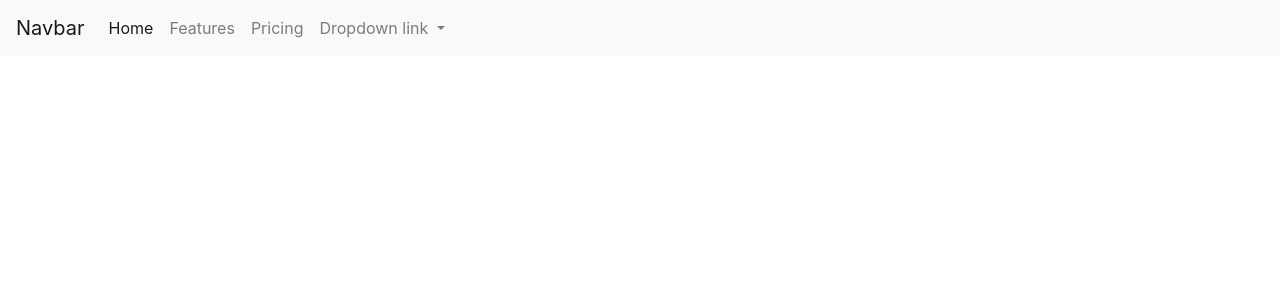
Repository: khss4008/JSP_project
Page: http://localhost/Webshop2/main.jsp
An editor plug-in stored every save of this project. The page is shown before and after the next save, followed by the edit.
The browser window is 1280 px wide. The pictures show the whole page.
The page is served by Tomcat 9. Other server files are loaded and not shown.

Above is the page before, as saved 2021-11-04 00:25:47.
Console error: TypeError: Cannot read properties of undefined (reading 'fn')

### Webshop2/WebContent/main.jsp
<%@ page language="java" contentType="text/html; charset=UTF-8"
    pageEncoding="UTF-8"%>
<!DOCTYPE html>
<html>
<head>
<meta charset="UTF-8">
<title>Insert title here</title>
</head>
<body>
<%@ include file = "header.jsp" %>



<%@ include file = "footer.jsp" %>
</body>
</html>

### Webshop2/WebContent/header.jsp
<%@ page language="java" contentType="text/html; charset=UTF-8"
    pageEncoding="UTF-8"%>

<link rel="stylesheet" href="https://stackpath.bootstrapcdn.com/bootstrap/4.3.1/css/bootstrap.min.css" integrity="sha384-ggOyR0iXCbMQv3Xipma34MD+dH/1fQ784/j6cY/iJTQUOhcWr7x9JvoRxT2MZw1T" crossorigin="anonymous">
<script src="https://stackpath.bootstrapcdn.com/bootstrap/4.3.1/js/bootstrap.min.js" integrity="sha384-JjSmVgyd0p3pXB1rRibZUAYoIIy6OrQ6VrjIEaFf/nJGzIxFDsf4x0xIM+B07jRM" crossorigin="anonymous"></script>


<nav class="navbar navbar-expand-lg navbar-light bg-light">
  <a class="navbar-brand" href="#">Navbar</a>
  <button class="navbar-toggler" type="button" data-toggle="collapse" data-target="#navbarNavDropdown" aria-controls="navbarNavDropdown" aria-expanded="false" aria-label="Toggle navigation">
    <span class="navbar-toggler-icon"></span>
  </button>
  <div class="collapse navbar-collapse" id="navbarNavDropdown">
    <ul class="navbar-nav">
      <li class="nav-item active">
        <a class="nav-link" href="#">Home <span class="sr-only">(current)</span></a>
      </li>
      <li class="nav-item">
        <a class="nav-link" href="#">Features</a>
      </li>
      <li class="nav-item">
        <a class="nav-link" href="#">Pricing</a>
      </li>
      <li class="nav-item dropdown">
        <a class="nav-link dropdown-toggle" href="#" id="navbarDropdownMenuLink" role="button" data-toggle="dropdown" aria-haspopup="true" aria-expanded="false">
          Dropdown link
        </a>
        <div class="dropdown-menu" aria-labelledby="navbarDropdownMenuLink">
          <a class="dropdown-item" href="#">Action</a>
          <a class="dropdown-item" href="#">Another action</a>
          <a class="dropdown-item" href="#">Something else here</a>
        </div>
      </li>
    </ul>
  </div>
</nav>

<script src="https://cdn.jsdelivr.net/npm/bootstrap@5.1.3/dist/js/bootstrap.bundle.min.js" integrity="sha384-ka7Sk0Gln4gmtz2MlQnikT1wXgYsOg+OMhuP+IlRH9sENBO0LRn5q+8nbTov4+1p" crossorigin="anonymous"></script>

### Webshop2/WebContent/footer.jsp
<%@ page language="java" contentType="text/html; charset=UTF-8"
    pageEncoding="UTF-8"%>

After the next save:
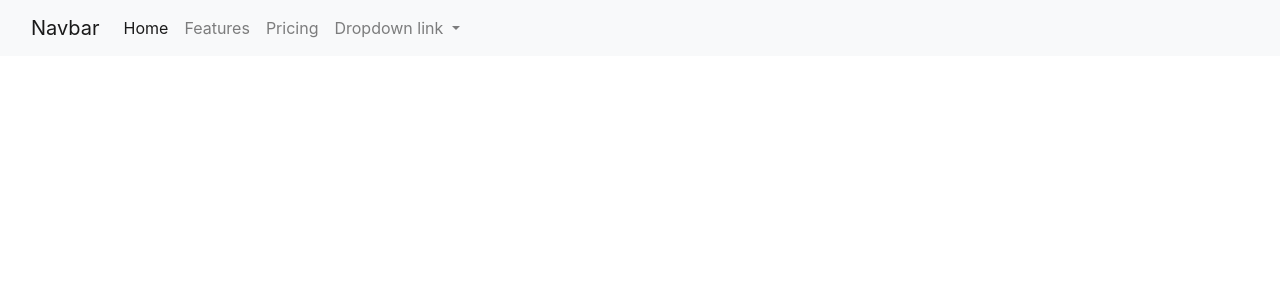
Saved 3 min 21 s later.
--- a/Webshop2/WebContent/header.jsp
+++ b/Webshop2/WebContent/header.jsp
@@ -6,32 +6,34 @@
 
 
 <nav class="navbar navbar-expand-lg navbar-light bg-light">
-  <a class="navbar-brand" href="#">Navbar</a>
-  <button class="navbar-toggler" type="button" data-toggle="collapse" data-target="#navbarNavDropdown" aria-controls="navbarNavDropdown" aria-expanded="false" aria-label="Toggle navigation">
-    <span class="navbar-toggler-icon"></span>
-  </button>
-  <div class="collapse navbar-collapse" id="navbarNavDropdown">
-    <ul class="navbar-nav">
-      <li class="nav-item active">
-        <a class="nav-link" href="#">Home <span class="sr-only">(current)</span></a>
-      </li>
-      <li class="nav-item">
-        <a class="nav-link" href="#">Features</a>
-      </li>
-      <li class="nav-item">
-        <a class="nav-link" href="#">Pricing</a>
-      </li>
-      <li class="nav-item dropdown">
-        <a class="nav-link dropdown-toggle" href="#" id="navbarDropdownMenuLink" role="button" data-toggle="dropdown" aria-haspopup="true" aria-expanded="false">
-          Dropdown link
-        </a>
-        <div class="dropdown-menu" aria-labelledby="navbarDropdownMenuLink">
-          <a class="dropdown-item" href="#">Action</a>
-          <a class="dropdown-item" href="#">Another action</a>
-          <a class="dropdown-item" href="#">Something else here</a>
-        </div>
-      </li>
-    </ul>
+  <div class="container-fluid">
+    <a class="navbar-brand" href="#">Navbar</a>
+    <button class="navbar-toggler" type="button" data-bs-toggle="collapse" data-bs-target="#navbarNavDropdown" aria-controls="navbarNavDropdown" aria-expanded="false" aria-label="Toggle navigation">
+      <span class="navbar-toggler-icon"></span>
+    </button>
+    <div class="collapse navbar-collapse" id="navbarNavDropdown">
+      <ul class="navbar-nav">
+        <li class="nav-item">
+          <a class="nav-link active" aria-current="page" href="#">Home</a>
+        </li>
+        <li class="nav-item">
+          <a class="nav-link" href="#">Features</a>
+        </li>
+        <li class="nav-item">
+          <a class="nav-link" href="#">Pricing</a>
+        </li>
+        <li class="nav-item dropdown">
+          <a class="nav-link dropdown-toggle" href="#" id="navbarDropdownMenuLink" role="button" data-bs-toggle="dropdown" aria-expanded="false">
+            Dropdown link
+          </a>
+          <ul class="dropdown-menu" aria-labelledby="navbarDropdownMenuLink">
+            <li><a class="dropdown-item" href="#">Action</a></li>
+            <li><a class="dropdown-item" href="#">Another action</a></li>
+            <li><a class="dropdown-item" href="#">Something else here</a></li>
+          </ul>
+        </li>
+      </ul>
+    </div>
   </div>
 </nav>
 

After the save that followed:
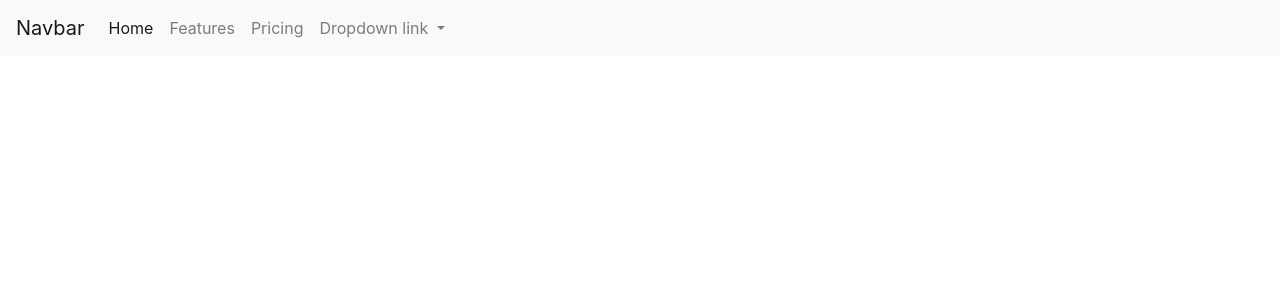
Saved 26 s later.
--- a/Webshop2/WebContent/header.jsp
+++ b/Webshop2/WebContent/header.jsp
@@ -6,34 +6,32 @@
 
 
 <nav class="navbar navbar-expand-lg navbar-light bg-light">
-  <div class="container-fluid">
-    <a class="navbar-brand" href="#">Navbar</a>
-    <button class="navbar-toggler" type="button" data-bs-toggle="collapse" data-bs-target="#navbarNavDropdown" aria-controls="navbarNavDropdown" aria-expanded="false" aria-label="Toggle navigation">
-      <span class="navbar-toggler-icon"></span>
-    </button>
-    <div class="collapse navbar-collapse" id="navbarNavDropdown">
-      <ul class="navbar-nav">
-        <li class="nav-item">
-          <a class="nav-link active" aria-current="page" href="#">Home</a>
-        </li>
-        <li class="nav-item">
-          <a class="nav-link" href="#">Features</a>
-        </li>
-        <li class="nav-item">
-          <a class="nav-link" href="#">Pricing</a>
-        </li>
-        <li class="nav-item dropdown">
-          <a class="nav-link dropdown-toggle" href="#" id="navbarDropdownMenuLink" role="button" data-bs-toggle="dropdown" aria-expanded="false">
-            Dropdown link
-          </a>
-          <ul class="dropdown-menu" aria-labelledby="navbarDropdownMenuLink">
-            <li><a class="dropdown-item" href="#">Action</a></li>
-            <li><a class="dropdown-item" href="#">Another action</a></li>
-            <li><a class="dropdown-item" href="#">Something else here</a></li>
-          </ul>
-        </li>
-      </ul>
-    </div>
+  <a class="navbar-brand" href="#">Navbar</a>
+  <button class="navbar-toggler" type="button" data-toggle="collapse" data-target="#navbarNavDropdown" aria-controls="navbarNavDropdown" aria-expanded="false" aria-label="Toggle navigation">
+    <span class="navbar-toggler-icon"></span>
+  </button>
+  <div class="collapse navbar-collapse" id="navbarNavDropdown">
+    <ul class="navbar-nav">
+      <li class="nav-item active">
+        <a class="nav-link" href="#">Home <span class="sr-only">(current)</span></a>
+      </li>
+      <li class="nav-item">
+        <a class="nav-link" href="#">Features</a>
+      </li>
+      <li class="nav-item">
+        <a class="nav-link" href="#">Pricing</a>
+      </li>
+      <li class="nav-item dropdown">
+        <a class="nav-link dropdown-toggle" href="#" id="navbarDropdownMenuLink" role="button" data-toggle="dropdown" aria-haspopup="true" aria-expanded="false">
+          Dropdown link
+        </a>
+        <div class="dropdown-menu" aria-labelledby="navbarDropdownMenuLink">
+          <a class="dropdown-item" href="#">Action</a>
+          <a class="dropdown-item" href="#">Another action</a>
+          <a class="dropdown-item" href="#">Something else here</a>
+        </div>
+      </li>
+    </ul>
   </div>
 </nav>
 
